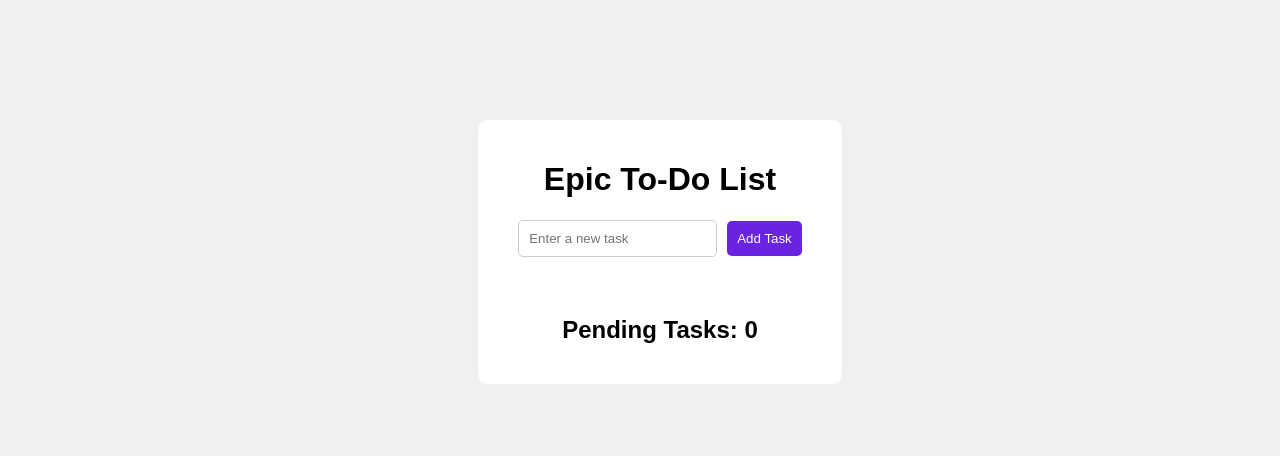
Repository: jgache/COMP-3170-0-Lab4
Page: /
The author's editor kept a copy of each file at every save. The page is drawn from the files as they stood at one save, then again after the next save.
The browser window is 1280 px wide. The pictures show the whole page.
The project was rebuilt for these pictures with package versions that can differ from the ones it lists, and the page was loaded fresh each time. Also part of the build but not shown: vite.config.js.

Above is the page before, as saved 2024-10-22 16:04:08.

After the next save:
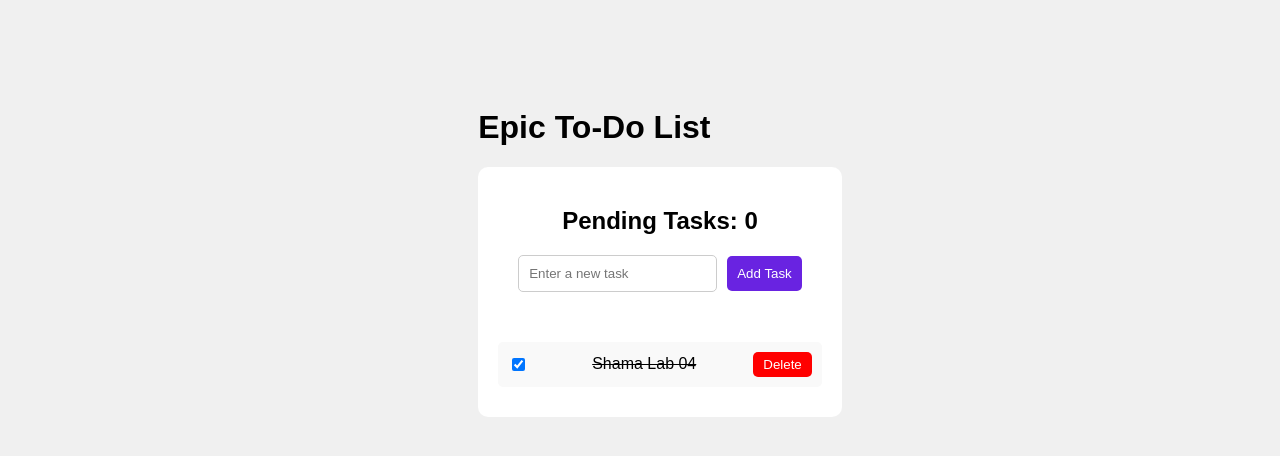
Saved 100 s later.
--- a/src/App.jsx
+++ b/src/App.jsx
@@ -1,10 +1,13 @@
 import { useState } from 'react';
-import TaskForm from './components/TaskForm.jsx';
-import TaskList from './components/TaskList.jsx';
+import TaskForm from './components/TaskForm';
+import TaskList from './components/TaskList';
 import './index.css';
 
 function App() {
-    const [tasks, setTasks] = useState([]);
+    // Initialize tasks with a preloaded completed task
+    const [tasks, setTasks] = useState([
+        { id: 1, description: "Shama Lab 04", completed: true }
+    ]);
 
     const addTask = (description) => {
         const newTask = { id: Date.now(), description, completed: false };
@@ -26,21 +29,24 @@ function App() {
     const pendingTasks = tasks.filter((task) => !task.completed).length;
 
     return (
-
         <>
-        <div className="app-container">
-        <h1>Epic To-Do List</h1>
-
-            <TaskForm addTask={addTask} />
-            <h2>
-                {pendingTasks === 1
-                    ? `Pending Task: ${pendingTasks}`
-                    : `Pending Tasks: ${pendingTasks}`}
-            </h2>
-            <TaskList tasks={tasks} toggleComplete={toggleComplete} deleteTask={deleteTask} />
-        </div>
+            <h1>Epic To-Do List</h1>
+            <div className="app-container">
+                <div className="task-input-container">
+                    <h2>
+                        {pendingTasks === 1
+                            ? `Pending Task: ${pendingTasks}`
+                            : `Pending Tasks: ${pendingTasks}`}
+                    </h2>
+                    <TaskForm addTask={addTask} />
+                </div>
+                <TaskList
+                    tasks={tasks}
+                    toggleComplete={toggleComplete}
+                    deleteTask={deleteTask}
+                />
+            </div>
         </>
-
     );
 }
 
